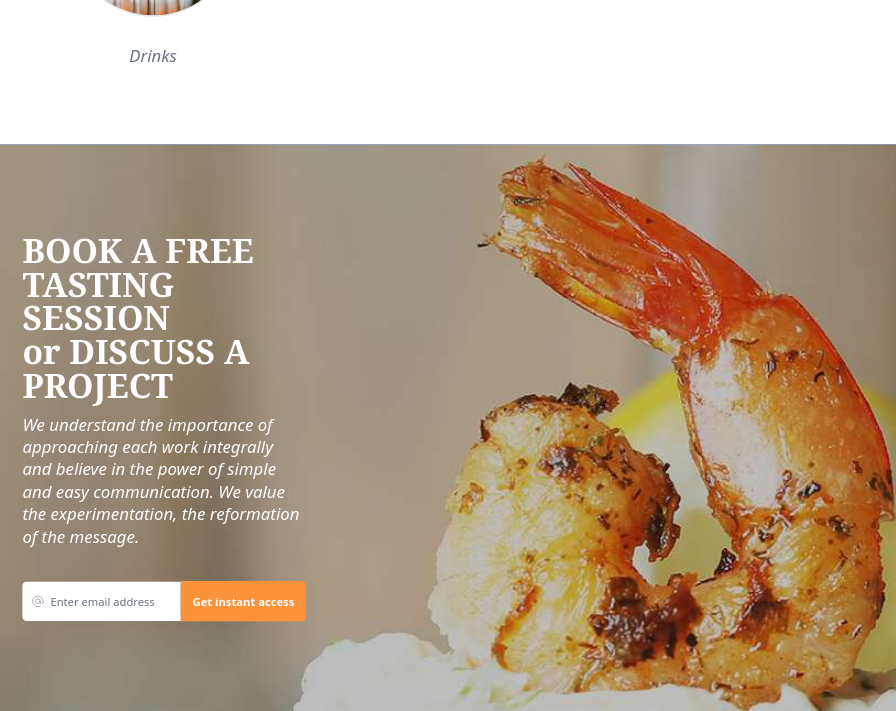
Repository: remydev47/Catering
Page: /
An editor plug-in stored every save of this project. The page is shown before and after the next save, followed by the edit.
The browser window is 1280 px wide. The pictures show the part of the page from y = 1520 to 3440 px (the page is 2536 px tall before and 3440 px after), at 70% of full size.
The project was rebuilt for these pictures with package versions that can differ from the ones it lists, and the page was loaded fresh each time. The framework's server and built-in components were replaced by stand-ins that run in the browser. Also part of the build but not shown: next.config.js, components/Pricing.tsx, components/Footer.tsx, components/Team.tsx, components/Testimonials.tsx, components/Faqs.tsx, components/Blog.tsx.

Above is the page before, as saved 2022-12-09 22:59:01.

### app/layout.tsx
import Navbar from '../components/Navbar'
import '../styles/globals.css'

export default function RootLayout({
  children,
}: {
  children: React.ReactNode
}) {
  return (
    <html>
      <head />
      <body>
        <Navbar />
        {children}
      </body>
    </html>
  )
}

### app/page.tsx
import React from 'react'
import { CTA, Hero, Menu } from '../components'

const Home = () => {
  return (
    <div>
        <Hero />
        <Menu />
        <CTA />
    </div>
  )
}

export default Home

### components/Navbar.tsx
'use client'
import React from 'react'
import { navLinks } from '../constants'
import Menupopover from './Menupopover';
import Logo from './Logo';
import { Button } from './Button';

const Navbar = () => {
  return (
    <header className="fixed inset-x-0 bg-[#fff] z-20 flex justify-between items-center py-2 px-2 shadow-lg dark:bg-slate-900 sm:py-3 sm:px-8">
            <div className='flex grow-0 basis-1/3 md:hidden'>
                <Menupopover />
            </div>

             <div className='flex grow-0 ml-2 justify-center md:justify-start'>
                <Logo />

            </div>


            <ul className="list-none sm:flex hidden justify-end items-center flex-1">
            {navLinks.map((nav, index) => (
                <li
                key={nav.id}
                className={`font-bold cursor-pointer text-[16px] hover:text-orange-400
                   ${index === navLinks.length - 1 ? 'mr-0' : 'mr-10'}
                  text-gray-500 font-serif `}
                >
                    <a>{nav.title}</a>
                </li>
            ))}
           </ul>



        </header>
  )
}

export default Navbar

### components/index.ts
import Hero from "./Hero";
import Pricing from "./Pricing";
import Menu from "./Menu";
import Services from "./Services";
import Footer from "./Footer";
import Team from "./Team";
import Testimonials from "./Testimonials";
import Faqs from "./Faqs";
import Blog from "./Blog";
import CTA from "./CTA";

export {
    Hero, Pricing, Menu, Services, Footer, Faqs, Team, Testimonials, Blog, CTA
}

### constants/index.ts
export const navLinks =[
    {
        id:"aboutus",
        title:"About Us",
    },
    {
        id:"store",
        title:"Store",
    },
    {
        id:"gallery",
        title:"Gallery",
    },
    {
        id:"appointments",
        title:"Appointment",
    },
    {
        id:"blog",
        title:"Blog",
    },
    {
        id:"contacts",
        title:"Contacts",
    }
]

### components/Menupopover.tsx
import React, { useState, Fragment } from 'react'
import { Transition, Dialog } from '@headlessui/react'
import { navLinks } from '../constants'
import Logo from './Logo'
import { IconButton } from './Button'

const Menupopover = () => {
  const [isOpen, setIsOpen] = useState(false)

  return (
    <div>
    <IconButton
      variant='ghost'
      aria-label='menu'
      onClick={() => setIsOpen(!isOpen)}
    >
      <svg className='h-6 w-6 ' fill='none' stroke='currentColor'>
        <path
          strokeLinecap='round'
          strokeLinejoin='round'
          strokeWidth={2}
          d='M4 6h16M4 12h16M4 18h16'
        />
      </svg>
    </IconButton>
    <Transition
      show={isOpen}
      appear
      as={Fragment}
      enter='transform transition ease-in-out duration-300'
      enterFrom='-translate-x-full'
      enterTo='translate-x-0'
      leave='transform transition ease-in-out duration-300 delay-200'
      leaveFrom='translate-x-0'
      leaveTo='-translate-x-full'
     >
     <Dialog
       as='div'
       className={`fixed inset-0 z-50`}
       onClose={setIsOpen}
       open={isOpen}
       >
       <Transition.Child
         as={Fragment}
         enter='ease-out duration-300 delay-300'
         enterFrom='opacity-0'
         enterTo='opacity-100'
         leave='ease-in duration-200'
         leaveFrom='opacity-100'
         leaveTo='opacity-0'
       >

        <Dialog.Overlay
          className={`fixed inset-0 bg-black/20 backdrop-blur-sm dark:bg-gray-900/80`}
         />
      </Transition.Child>
       <div className={styles.dialogcontainer}>
        <a className='mx-auto mt-4 flex w-[140px] '>
          <Logo />
        </a>
        <ul
            className={styles.navWrapper2}
         >
            {navLinks.map((nav, index) => (
                <li
                 key={nav.id}
                 className={` font-bold cursor-pointer text-[16px]
                  mt-2 border-t border-slate-200 py-4 dark:border-slate-600
                  ${index === navLinks.length - 1 ? 'mr-0' : 'mb-4'}
                  text-black font-serif `}
                >
                 <a href={`#${nav.id}`}>
                    {nav.title}
                 </a>
                </li>
             ))}
         </ul>

        <IconButton
          variant='ghost'
          aria-label='close menu'
          className='absolute top-5 right-5'
          onClick={() => setIsOpen(false)}
        >
          <svg
            viewBox='0 0 10 10'
            className='h-2.5 w-2.5 overflow-visible'
            aria-hidden='true'
          >
            <path
                d='M0 0L10 10M10 0L0 10'
                fill='none'
                stroke='currentColor'
                strokeWidth='2'
                strokeLinecap='round'
              />
          </svg>
        </IconButton>
       </div>
     </Dialog>
    </Transition>
  </div>
  )
}

export default Menupopover;

const styles ={
  dialogcontainer:`fixed top-0 bottom-0 left-0 w-full max-w-xs rounded-r-xl bg-[#fff] p-6 shadow-lg dark:bg-gray-800`,
  menuitems:`group relative flex h-9 items-center oveflow-hidden rounded-md hover:bg-slate-200/50`,
  navWrapper2:`list-none flex flex-col justify-end items-center flex-1`,
}

### components/Logo.tsx
import React from 'react'
import Image from 'next/image'

const Logo = () => {
  return (
    <div>
        <Image
          src='/images/logo.png'
          alt='royal-events'
          height={80}
          width={150}
        />
    </div>
  )
}

export default Logo

### components/Hero.tsx
'use client';
import React from 'react'

const Hero = () => {
  return (
    <section className='relative pt-48 pb-12 xl:pt-60 sm:pb-16 lg:pb-32 xl:pb-48 2xl:pb-56'>
    <div className="absolute inset-0">
     <img className="object-cover w-full h-full" src="/images/hero.jpg" alt="" />
    </div>
   <div className='relative'>
    <div className="px-6 mx-auto sm:px-8 lg:px-12 max-w-7xl">
      <div className="w-full lg:w-2/3 xl:w-1/2">
        <h1 className="font-serif text-xl font-bold tracking-tight text-white text-opacity-70 text-center">Proffesional Catering Services</h1>
        <p className="mt-6 tracking-tighter text-[#000]">
          <span className="font-sans font-bold text-5xl">The Perfect Blend</span><br />
          <span className="font-serif italic font-BOLD text-6xl">of Sensational Food</span>
        </p>
        <p className="mt-8 font-serif text-xl font-normal text-[#000]">
         Our professional and experienced Catering staff does the job right the first time are Carefully selected Give them a deep.
        </p>
      </div>
    </div>
   </div>
  </section>
  )
}

export default Hero

### components/Menu.tsx
'use client';
import React from 'react'

const Menu = () => {

  return (
    <section className='py-10 bg-white sm:py-16 lg:py-24'>

      <div  className="px-4 mx-auto max-w-7xl sm:px-6 lg:px-8">
        <div className="max-w-2xl mx-auto text-center">
          <h1 className="text-4xl font-serif font-semibold leading-tight text-gray-400">
            WELCOME TO THE <br/> BEST CATERING SERVICES
          </h1>
        </div>
        <div className="relative mt-12 lg:mt-20">

          <div className="relative grid grid-cols-1 text-center gap-y-12 md:grid-cols-3 gap-x-12">
            <div>
              <div className="flex items-center justify-center w-60 h-60 mx-auto rounded-full border-2 border-gray-200 ">
                <span className="text-xl font-semibold text-gray-700">
                    <img src='/images/menu1.jpg' className='h-full w-full rounded-full' />
                </span>
             </div>
             <h3 className="mt-6 text-2xl italic leading-tight text-gray-500 md:mt-10">Canapes</h3>
            </div>


            <div>
              <div className="flex items-center justify-center w-60 h-60 mx-auto rounded-full border-2 border-gray-200">
                <span className="text-xl font-semibold text-gray-700">
                    <img src='/images/menu2.jpg' className='h-full w-full rounded-full' />
                </span>
             </div>
             <h3 className="mt-6 text-2xl italic leading-tight text-gray-500 md:mt-10">CockTails</h3>
            </div>

            <div>
              <div className="flex items-center justify-center w-60 h-60 mx-auto rounded-full border-2 border-gray-200 ">
                <span className="text-xl font-semibold text-gray-700">
                    <img src='/images/menu3.jpg' className='h-full w-full rounded-full' />
                </span>
             </div>
             <h3 className="mt-6 text-2xl italic leading-tight text-gray-500 md:mt-10">Sweets & CapCakes</h3>
            </div>

            <div>
              <div className="flex items-center justify-center w-60 h-60 mx-auto rounded-full border-2 border-gray-200 ">
                <span className="text-xl font-semibold text-gray-700">
                    <img src='/images/menu4.jpg' className='h-full w-full rounded-full' />
                </span>
             </div>
             <h3 className="mt-6 text-2xl italic leading-tight text-gray-500 md:mt-10">Drinks</h3>
            </div>
          </div>

        </div>

      </div>

    </section>
  )
}

export default Menu

### components/CTA.tsx
'use client';
import React from 'react'

const CTA = () => {
  return (
    <section className="mt-4 relative py-10 overflow-hidden bg-blue-400 sm:py-16 lg:py-24 xl:py-32">
      <div className="absolute inset-0">
        <img className="object-cover w-full h-full md:object-left md:scale-150 md:origin-top-left" src="/images/cta.jpg" alt="" />
     </div>
    <div className="relative px-4 mx-auto sm:px-6 lg:px-8 max-w-7xl">
       <div className="text-center md:w-2/3 lg:w-1/2 xl:w-1/3 md:text-left">
           <h2 className="text-3xl font-bold leading-tight text-white font-serif sm:text-4xl lg:text-5xl">BOOK A FREE TASTING SESSION <br/> or DISCUSS A PROJECT</h2>
           <p className="mt-4 text-2xl italic text-white">
             We understand the importance of approaching each work integrally and believe in the power of simple and easy communication. We value the experimentation, the reformation of the message.
           </p>

           <form action="#" method="POST" className="mt-8 lg:mt-12">
               <div className="flex flex-col items-center sm:flex-row sm:justify-center">
                   <div className="flex-1 w-full min-w-0 px-4 sm:px-0">
                       <div className="relative text-gray-400 focus-within:text-gray-600">
                           <label htmlFor="email" className="sr-only"></label>
                           <label htmlFor="email" className="sr-only"></label>
                           <div className="absolute inset-y-0 left-0 flex items-center pl-3 pointer-events-none">
                               <svg className="w-5 h-5" xmlns="http://www.w3.org/2000/svg" fill="none" viewBox="0 0 24 24" stroke="currentColor">
                                   <path stroke-linecap="round" stroke-linejoin="round" stroke-width="1.5" d="M16 12a4 4 0 10-8 0 4 4 0 008 0zm0 0v1.5a2.5 2.5 0 005 0V12a9 9 0 10-9 9m4.5-1.206a8.959 8.959 0 01-4.5 1.207" />
                               </svg>
                           </div>
                           <input
                               type="email"
                               name="email"
                               id="email"
                               placeholder="Enter email address"
                               className="block w-full py-4 pl-10 pr-4 text-base text-black placeholder-gray-500 transition-all duration-200 border-gray-200 rounded-md sm:rounded-r-none caret-orange-400 focus:border-orange-400 focus:ring-1 focus:ring-blue-600"
                               required
                           />

                       </div>
                   </div>

                   <button type="submit" className="inline-flex items-center justify-center flex-shrink-0 w-auto px-4 py-4 mt-4 font-semibold text-white transition-all duration-200 bg-orange-400 border border-transparent rounded-md sm:mt-0 sm:rounded-l-none sm:w-auto hover:bg-blue-700 focus:bg-blue-700">
                       Get instant access
                   </button>
               </div>
           </form>
       </div>
    </div>
    </section>
  )
}

export default CTA

### components/Button.tsx
import React, { forwardRef } from "react";
//import { __DEV__ } from "../../utils/assertions";

type BaseButtonProps = Omit<React.HTMLProps<HTMLButtonElement>, "size">;

/* === Button Element === */

export interface ButtonProps extends BaseButtonProps {
  children: React.ReactNode;
  fullWidth?: boolean;
  className?: string;
  variant?: "solid" | "outline" | "ghost";
  size?: "sm" | "md" | "lg";
  as?: string;
  isExternal?: boolean;
  type?: "button" | "submit" | "reset";
}

export const Button = forwardRef<HTMLButtonElement, ButtonProps>(
  (
    {
      children,
      variant = "solid",
      size = "md",
      fullWidth = false,
      className,
      as = "button",
      isExternal = false,
      ...rest
    },
    ref
  ) => {
    let tempClassNames: string[] = [];

    const sharedClasses = [
      "capitalize",
      "focus:outline-none",
      "focus:ring-2",
      "focus:ring-indigo-400",
      "focus:ring-offset-2",
      "focus:ring-offset-indigo-50",
      "font-semibold",
      "rounded-full",
      "inline-flex",
      "flex-shrink-0",
      "items-center",
      "justify-center",
      "transition-colors",
      "ease-in-out",
      "duration-500",
    ];

    if (fullWidth) sharedClasses.push("w-full");

    // handle variants
    let btnSolid = ["bg-indigo-600", "hover:bg-indigo-700", "text-white"];
    let btnOutline = [
      "dark:text-white",
      "hover:text-indigo-700",
      "hover:dark:text-indigo-700",
      "bg-transparent",
      "hover:bg-indigo-50",
      "border",
      "border-indigo-600",
    ];
    let btnGhost = [
      "bg-transparent",
      "dark:text-white",
      "hover:bg-indigo-50",
      "hover:text-indigo-700",
      "hover:dark:text-indigo-700",
    ];

    if (variant === "solid") {
      tempClassNames = [...sharedClasses, ...btnSolid];
    } else if (variant === "outline") {
      tempClassNames = [...sharedClasses, ...btnOutline];
    } else if (variant === "ghost") {
      tempClassNames = [...sharedClasses, ...btnGhost];
    }

    // handle sizes
    let sizeSm = ["h-8", "px-2", "text-sm"];
    let sizeMd = ["h-10", "px-3"];
    let sizeLg = ["h-12", "px-4", "text-lg"];

    if (size === "sm") {
      tempClassNames = [...tempClassNames, ...sizeSm];
    } else if (size === "md") {
      tempClassNames = [...tempClassNames, ...sizeMd];
    } else if (size === "lg") {
      tempClassNames = [...tempClassNames, ...sizeLg];
    }

    let classes = tempClassNames.join(" ");

    let Element = as ? (
      React.createElement(
        as,
        {
          className: `${classes} ${className}`,
          target: isExternal ? "_blank" : undefined,
          rel: isExternal ? "noopener noreferrer" : undefined,
          ref,
          ...rest,
        },
        children
      )
    ) : (
      <button {...rest} className={`${classes} ${className}`} ref={ref}>
        {children}
      </button>
    );

    return Element;
  }
);

// if (__DEV__) {
//   Button.displayName = "Button";
// }

/* === IconButton Element === */

export interface IconButtonProps extends ButtonProps {
  icon?: React.ReactElement;
  "aria-label": string;
}

export const IconButton = forwardRef<HTMLButtonElement, IconButtonProps>(
  (
    {
      children,
      icon,
      className,
      "aria-label": ariaLabel,
      size = "md",
      ...rest
    },
    ref
  ) => {
    let sharedClasses = ["rounded-full", "!px-0"];

    // handle sizes
    let sizeSm = ["w-8"];
    let sizeMd = ["w-10"];
    let sizeLg = ["w-12"];

    if (size === "sm") {
      sharedClasses = [...sharedClasses, ...sizeSm];
    } else if (size === "md") {
      sharedClasses = [...sharedClasses, ...sizeMd];
    } else if (size === "lg") {
      sharedClasses = [...sharedClasses, ...sizeLg];
    }

    /**
     * Passing the icon as prop or children should work
     */
    const element = icon || children;
    const _children = React.isValidElement(element)
      ? React.cloneElement(element as any, {
          "aria-hidden": true,
          focusable: false,
        })
      : null;

    let classes = sharedClasses.join(" ");
    return (
      <Button
        className={`${classes} ${className}`}
        aria-label={ariaLabel}
        size={size}
        {...rest}
        ref={ref}
      >
        {_children}
      </Button>
    );
  }
)

### components/Services.tsx
'use client';
import React from 'react'

const Services = () => {
  return (
    <section className="pt-12 bg-gradient-to-b from-gray-50 via-white to-gray-50">
    <div className="px-4 mx-auto sm:px-6 lg:px-8 max-w-7xl">
        <div className="grid max-w-md grid-cols-1 mx-auto lg:grid-cols-12 gap-x-6 gap-y-8 lg:max-w-none">
            <div className="self-center lg:col-span-4">
                <h1 className="text-base font-bold text-gray-900 sm:text-4xl xl:text-5xl">Our Services</h1>
                <p className="mt-5 text-4xl font-serif leading-7  text-gray-500 ">PLANNING A <br/> FABULOUS EVENT ?</p>
                <div className="relative inline-flex mt-9 group">
                    <div className="absolute transitiona-all duration-1000 opacity-70 inset-0 bg-gradient-to-r from-[#44BCFF] via-[#FF44EC] to-[#FF675E] rounded-xl blur-lg filter group-hover:opacity-100 group-hover:duration-200"></div>

                    <a
                        href="#"
                        title=""
                        className="relative inline-flex items-center justify-center px-8 py-3 sm:text-sm sm:py-3.5 text-base font-semibold text-white transition-all duration-200 bg-orange-400 border border-transparent rounded-lg hover:bg-indigo-700 focus:outline-none focus:ring-2 focus:ring-offset-2 focus:ring-indigo-600"
                        role="button"
                    >
                       VIEW ALL SERVICES
                    </a>
                </div>
            </div>

            <div className="self-end lg:order-last lg:pb-20 lg:col-span-3">
                <p className="text-xs font-bold tracking-widest text-gray-500 uppercase">⚡️ Reasons to Pickus</p>

                <div className="mt-6 space-y-6 lg:space-y-8">
                    <div className="relative overflow-hidden">
                        <div className="flex items-start lg:items-center">
                             <h2 className='font-serif text-2xl text-gray-400'>1</h2>
                            <p className="ml-5 text-base font-bold font-serif leading-6 text-gray-900">
                                <a href="#" title="">
                                 WEDDING
                                </a>
                                <br/>
                                <span className="text-gray-400 font-normal" >
                                 On one of the most important days of your life, we provide a full catering program
                                 </span>
                            </p>
                        </div>
                    </div>

                    <div className="relative overflow-hidden">
                        <div className="flex items-start lg:items-center">
                        <h2 className='font-serif text-2xl text-gray-400'>2</h2>
                            <p className="ml-5 text-base font-bold leading-6 text-gray-900">
                                <a href="#" title="">
                                  COOPORATE
                                </a>
                                <br/>
                                <span className="text-gray-400 font-normal">
                                 You can order a corporate full time or part-time service for personnel/staff lunches.
                                </span>
                            </p>
                        </div>
                    </div>

                    <div className="relative overflow-hidden">
                        <div className="flex items-start lg:items-center">
                        <h2 className='font-serif text-2xl text-gray-400'>3</h2>
                            <p className="ml-5 text-base font-bold leading-6 text-gray-900">
                                <a href="#" title="">
                                  SOCIAL EVENTS
                                </a>
                                <br/>
                                <span className="text-gray-400 font-normal">
                                 Social events are highly important to our clients, and we guarantee perfect service.
                                </span>
                            </p>
                        </div>
                    </div>

                    <div className="relative overflow-hidden">
                        <div className="flex items-start lg:items-center">
                        <h2 className='font-serif text-2xl text-gray-400'>4</h2>
                            <p className="ml-5 text-base font-bold leading-6 text-gray-900">
                                <a href="#" title="">
                                  PICNICS
                                </a>
                                <br/>
                                <span className="text-gray-400 font-normal">
                                We will be more than happy to work for you during a family or a business picnic
                                </span>
                            </p>
                        </div>
                    </div>

                    <div className="relative overflow-hidden">
                        <div className="flex items-start lg:items-center">
                        <h2 className='font-serif text-2xl text-gray-400'>5</h2>
                            <p className="ml-5 text-base font-bold leading-6 text-gray-900">
                                <a href="#" title="">
                                  FESTIVALS
                                </a>
                                <br/>
                                <span className="text-gray-400 font-normal">
                                 We are completely capable of serving for big, open, small, adults or kids festivals.
                                </span>
                            </p>
                        </div>
                    </div>

                    <div className="relative overflow-hidden">
                        <div className="flex items-start lg:items-center">
                        <h2 className='font-serif text-2xl text-gray-400'>6</h2>
                            <p className="ml-5 text-base font-bold leading-6 text-gray-900">
                                <a href="#" title="">
                                  PRIVATE PARTIES
                                </a>
                                <br/>
                                <span className="text-gray-400 font-normal">
                                 A private dining room, or a penthouse catering is one of our many great services.
                                </span>
                            </p>
                        </div>
                    </div>


                </div>
            </div>

            <div className="self-end lg:col-span-5">
                <img className="w-full mx-auto rounded-full border-gray-300" src="/images/services.png" alt="" />
            </div>
        </div>
    </div>
</section>
  )
}

export default Services

Loaded but not shown: styles/globals.css (common file); tailwind.config.js (common file)

After the next save:
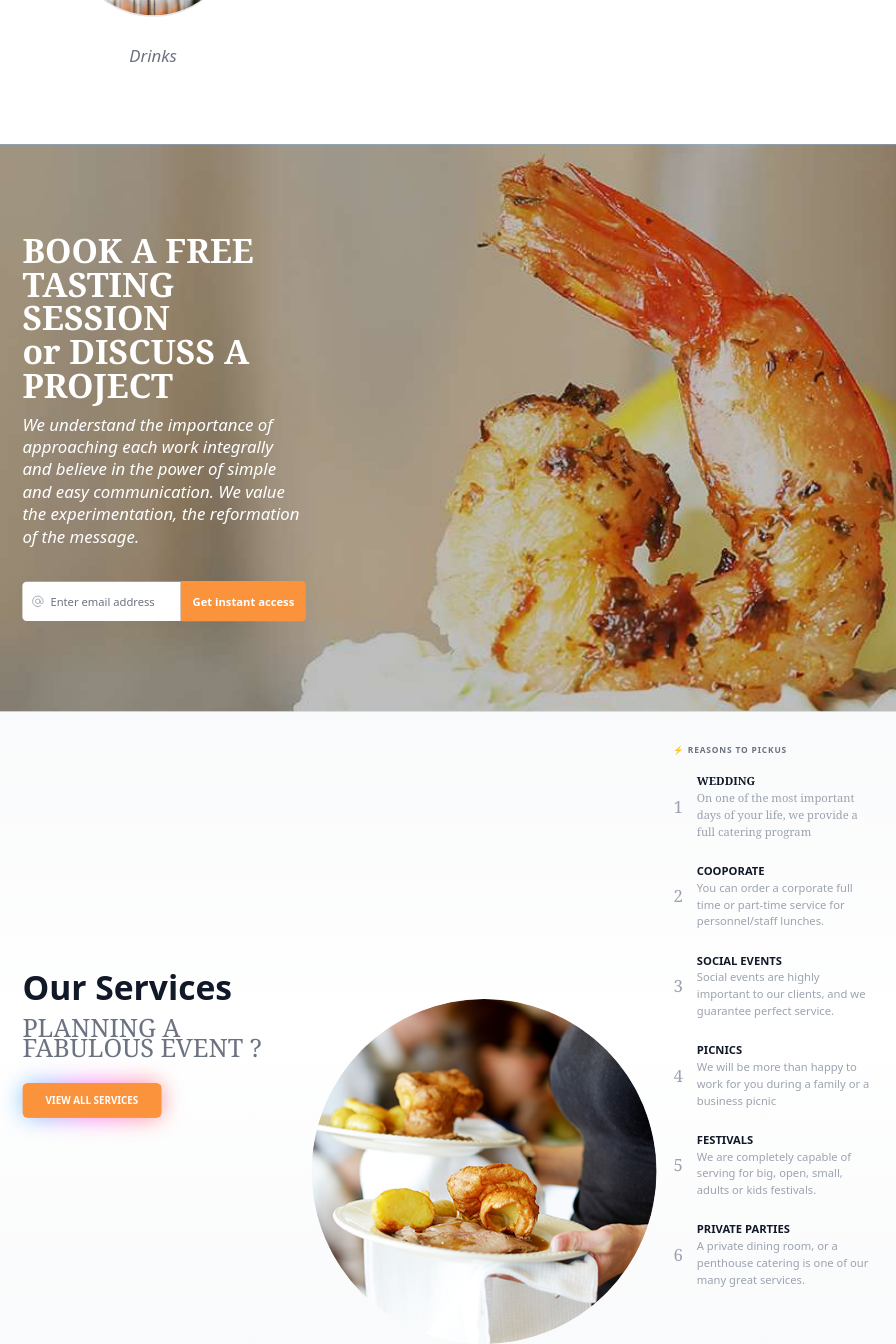
Saved 24 s later.
--- a/app/page.tsx
+++ b/app/page.tsx
@@ -1,5 +1,5 @@
 import React from 'react'
-import { CTA, Hero, Menu } from '../components'
+import { CTA, Hero, Menu, Services } from '../components'
 
 const Home = () => {
   return (
@@ -7,6 +7,7 @@ const Home = () => {
         <Hero />
         <Menu />
         <CTA />
+        <Services />
     </div>
   )
 }
